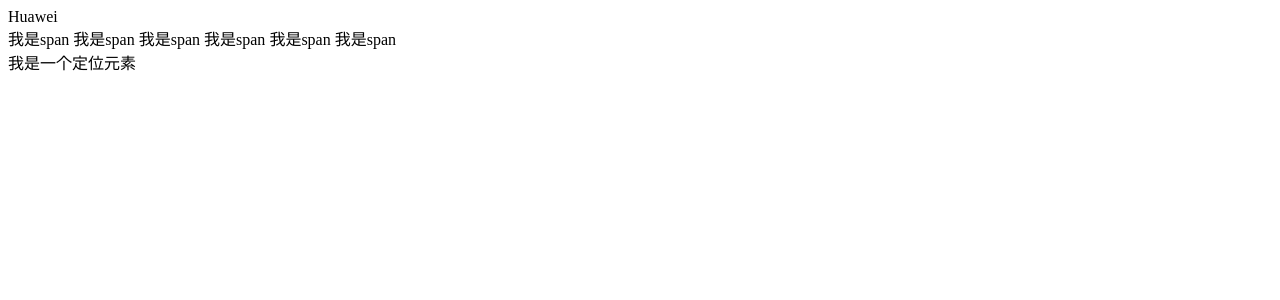
Repository: nanvon/front-end_byhuawei
Page: CSS层级.html
These files come from the project's save history. The page is drawn as it stood at one moment and after a run of saves; the edit follows.
The browser window is 1280 px wide. The pictures show the whole page.

Above is the page before, as saved 2020-12-10 20:09:20.

### CSS层级.html
<!DOCTYPE html>
<html lang="en">
<head>
    <meta charset="UTF-8">
    <meta name="viewport" content="width=device-width, initial-scale=1.0">
    <title>Document</title>
    <style>
        .pos1{
            position: static;
            background: yellow;
            background-color: red;
        }
    </style>
</head>
<body>
    <div>Huawei</div>
    <span>我是span</span>
    <span>我是span</span>
    <span>我是span</span>
    <span>我是span</span>
    <span>我是span</span>
    <span>我是span</span>
    <div>我是一个定位元素</div>
</body>
</html>

After the next 4 saves:
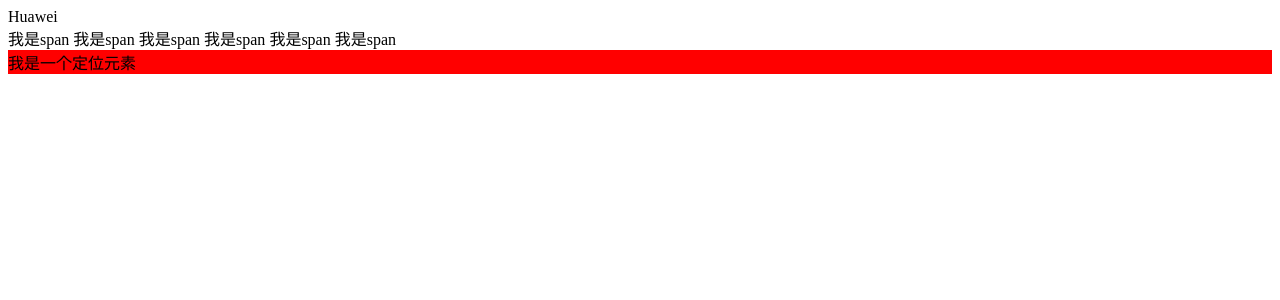
The 4 saves are shown as one change because they came seconds apart.
The last was saved 12 s later.
--- a/CSS层级.html
+++ b/CSS层级.html
@@ -20,6 +20,6 @@
     <span>我是span</span>
     <span>我是span</span>
     <span>我是span</span>
-    <div>我是一个定位元素</div>
+    <div class="pos1">我是一个定位元素</div>
 </body>
 </html>
